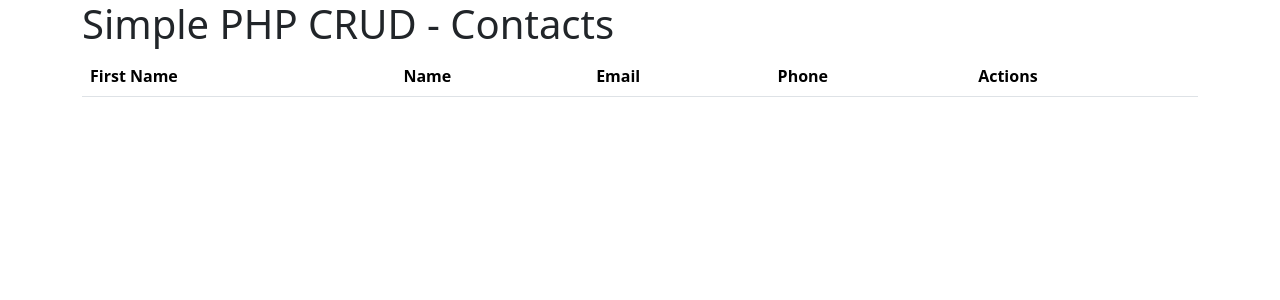
Repository: mennaabdelelhady/PHP-CRUD
Page: http://localhost/
An editor plug-in stored every save of this project. The page is shown before and after the next save, followed by the edit.
The browser window is 1280 px wide. The pictures show the whole page.
The page is run by PHP 8.4 with error messages shown; the project is at /var/www/html/.

Above is the page before, as saved 2024-12-30 01:42:51.

### public/index.php
<?php

$title ="Simple PHP CRUD - Contacts";

?>

<!DOCTYPE html>
<html lang="en">
<head>
    <meta charset="UTF-8">
    <meta name="viewport" content="width=device-width, initial-scale=1.0">
    <link href="https://cdn.jsdelivr.net/npm/bootstrap@5.3.3/dist/css/bootstrap.min.css" rel="stylesheet" integrity="sha384-QWTKZyjpPEjISv5WaRU9OFeRpok6YctnYmDr5pNlyT2bRjXh0JMhjY6hW+ALEwIH" crossorigin="anonymous">
    <title><?php echo $title ?></title>
</head>
<body class="container">
    <h1><?php echo $title ?></h1>
    <table class="table">
        <head>
            <tr>
                <th>First Name</th>
                <th>Name</th>
                <th>Email</th>
                <th>Phone</th>
                <th>Actions</th>
            </tr>
        </head>
    </table>
</body>
</html>

After the next save:
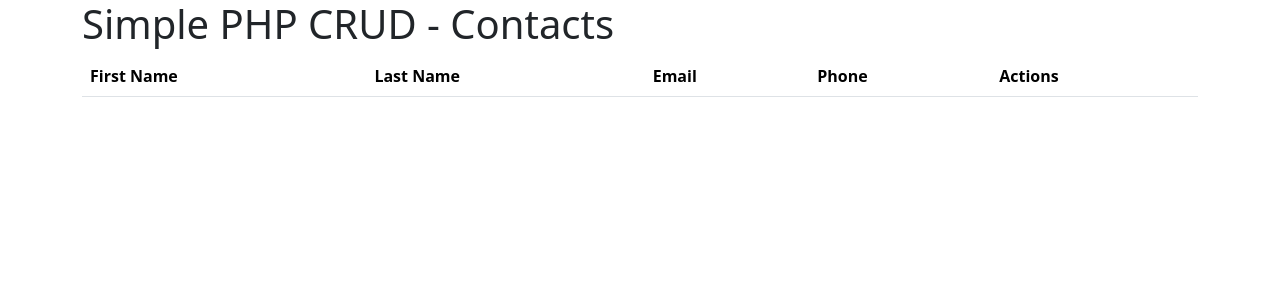
Saved 15 s later.
--- a/public/index.php
+++ b/public/index.php
@@ -18,7 +18,7 @@ $title ="Simple PHP CRUD - Contacts";
         <head>
             <tr>
                 <th>First Name</th>
-                <th>Name</th>
+                <th>Last Name</th>
                 <th>Email</th>
                 <th>Phone</th>
                 <th>Actions</th>
